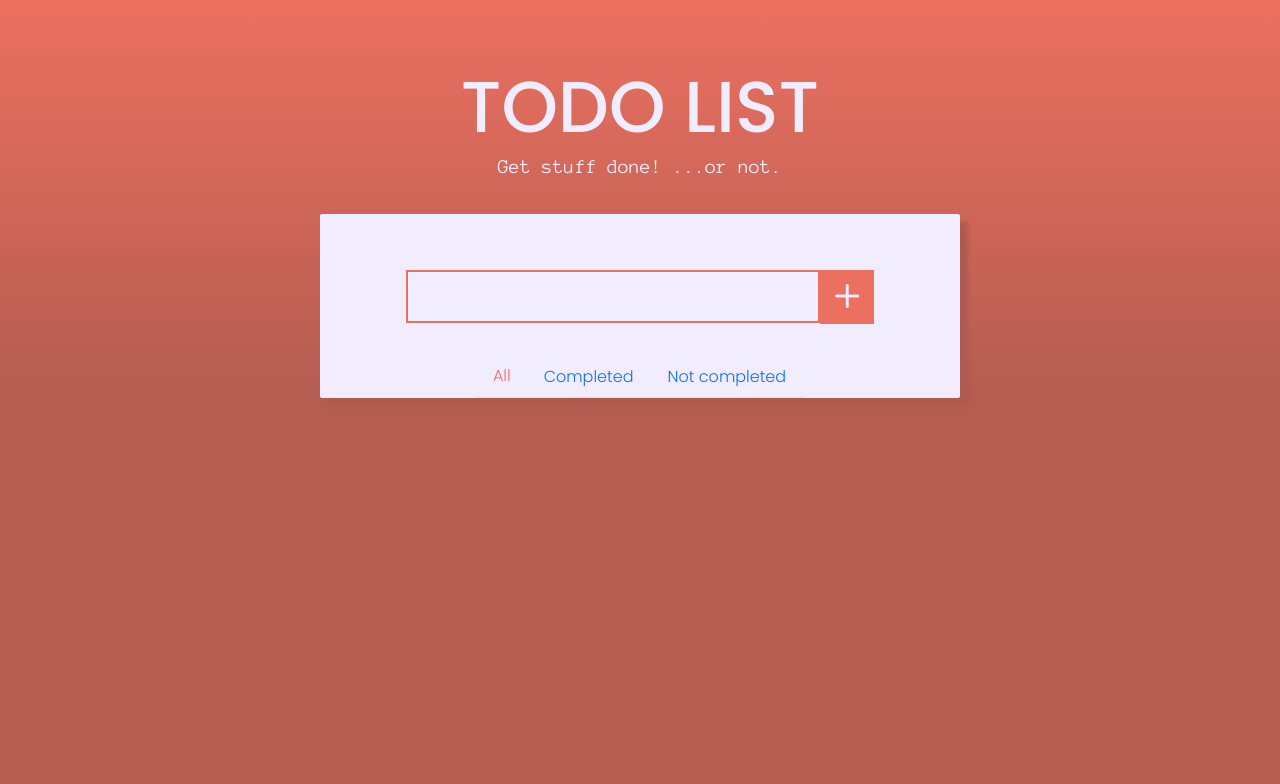
Repository: zum281/todo-list
Page: index.html
The author's editor kept a copy of each file at every save. The page is drawn from the files as they stood at one save, then again after a run of saves.
The browser window is 1280 px wide. The pictures show the whole page.
Some web libraries are served in a nearby version. The style sheet was rebuilt from its Sass, Less or Tailwind sources for each picture, by a compiler version that may differ from the author's.

Above is the page before, as saved 2021-03-07 14:55:40.

After the next 7 saves:
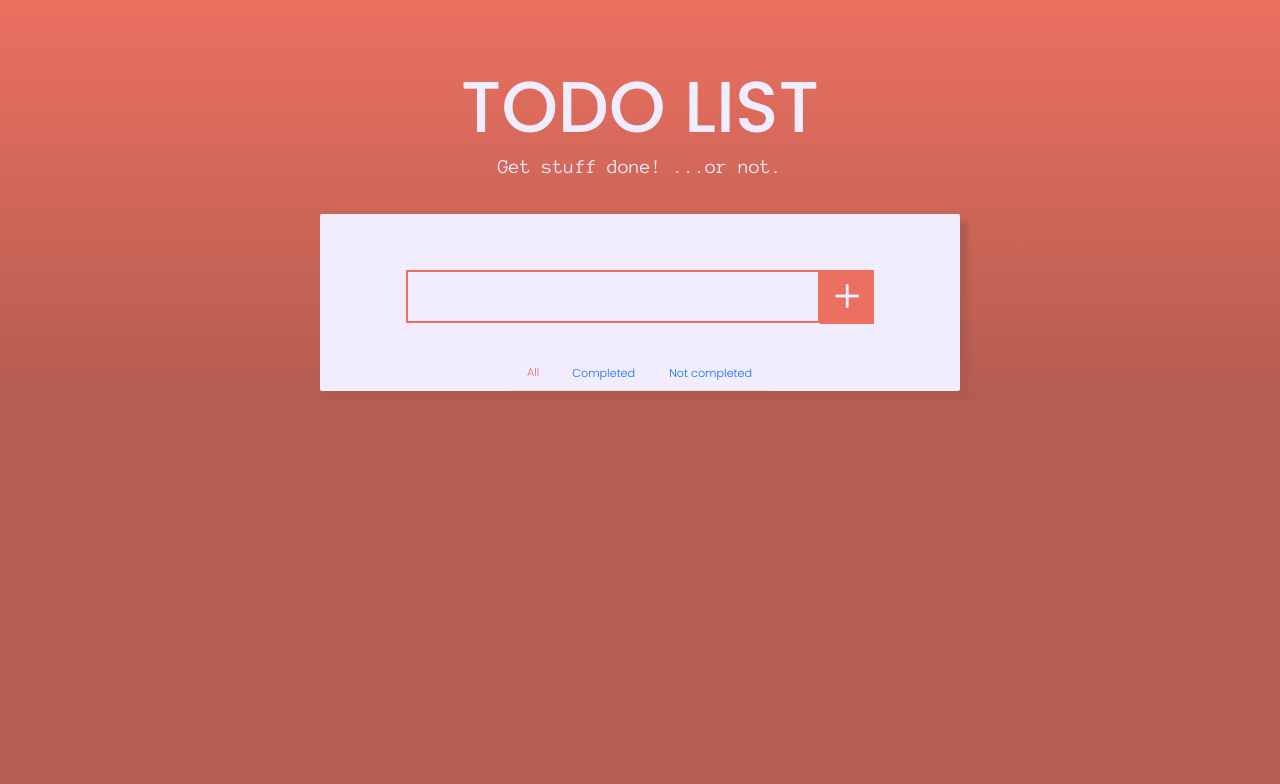
The 7 saves are shown as one change because they came seconds apart.
The last was saved 52 s later.
--- a/sass/main.scss
+++ b/sass/main.scss
@@ -119,6 +119,7 @@
             cursor: pointer;
             transition: none !important;
             background: transparent;
+            font-size: 0.7rem;
         }
         .nav-link.active {
             color: $primary-orange;

After the save that followed:
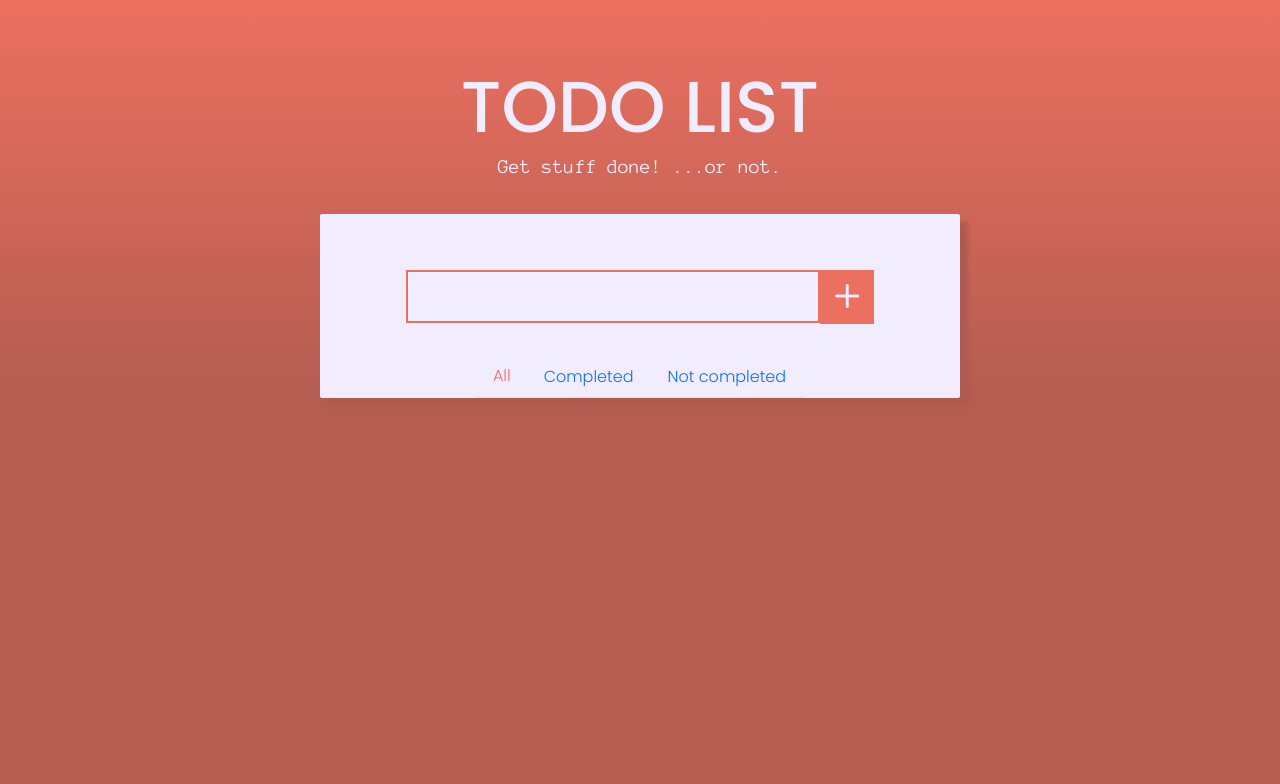
Saved 5 s later.
--- a/sass/main.scss
+++ b/sass/main.scss
@@ -119,7 +119,7 @@
             cursor: pointer;
             transition: none !important;
             background: transparent;
-            font-size: 0.7rem;
+            font-size: 1rem;
         }
         .nav-link.active {
             color: $primary-orange;
